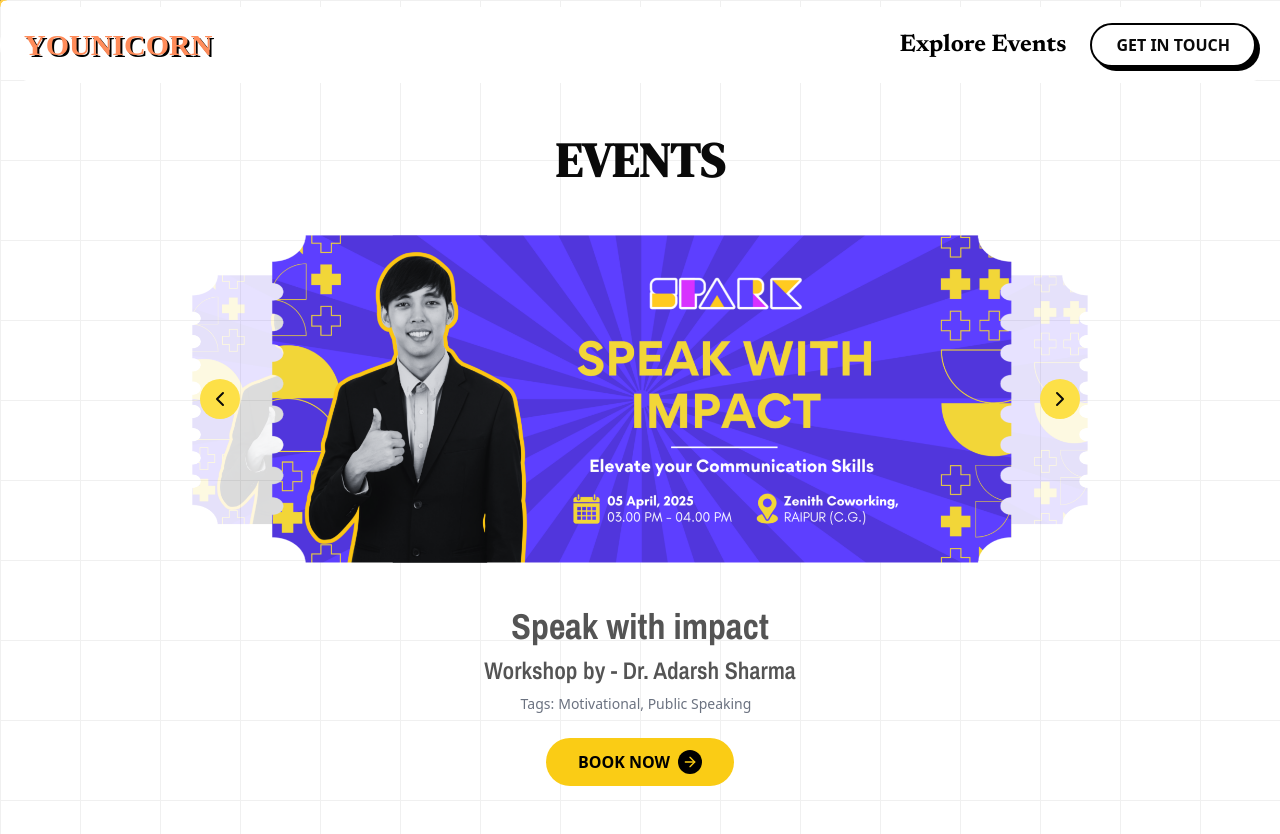
Repository: as-avni/dreamersite
Page: /events
An editor plug-in stored every save of this project. The page is shown before and after the next save, followed by the edit.
The browser window is 1280 px wide. The pictures show the whole page.
Some web fonts or font styles are not loaded; a fallback is used. The project was rebuilt for these pictures with package versions that can differ from the ones it lists, and the page was loaded fresh each time. The framework's server and built-in components were replaced by stand-ins that run in the browser. Also part of the build but not shown: next.config.ts.

Above is the page before, as saved 2025-03-27 17:47:34.

After the next save:
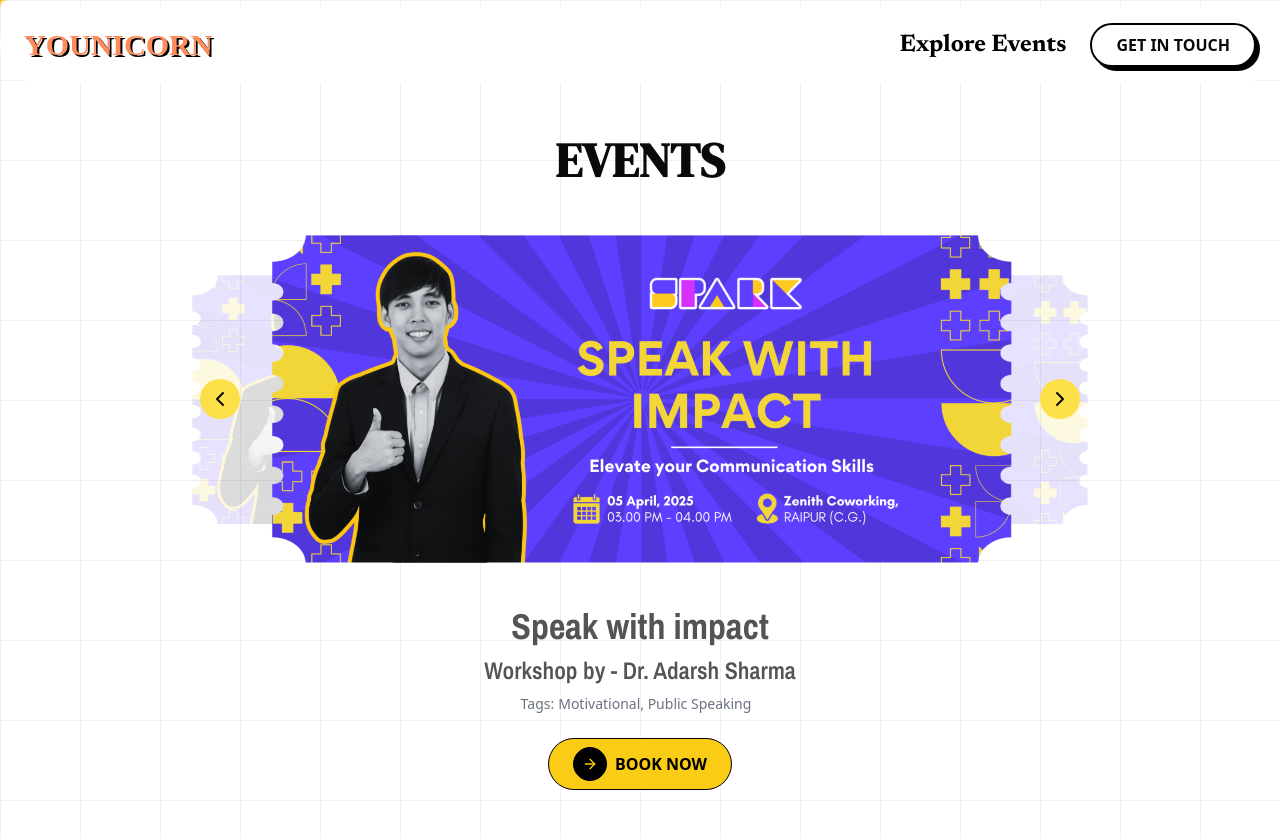
Saved 103 s later.
--- a/src/app/events/events-page.tsx
+++ b/src/app/events/events-page.tsx
@@ -98,11 +98,11 @@
         </div>
         </div>
 
-        <button className="bg-yellow-400 text-black px-8 py-3 rounded-full font-bold flex items-center mx-auto hover:bg-yellow-500 transition-colors">
-        <span>BOOK NOW</span>
-        <div className="ml-2 bg-black rounded-full p-1">
-            <ArrowRight className="h-4 w-4 text-yellow-400" />
-        </div>
+        <button className="bg-yellow-400 text-black px-6 py-2 rounded-full font-bold flex items-center mx-auto hover:bg-yellow-500 transition-colors border border-black">
+            <div className="bg-black rounded-full p-2 border border-black mr-2 flex items-center justify-center">
+                <ArrowRight className="h-4 w-4 text-yellow-400" />
+            </div>
+            <span>BOOK NOW</span>
         </button>
     </div>
     </div>

After the save that followed:
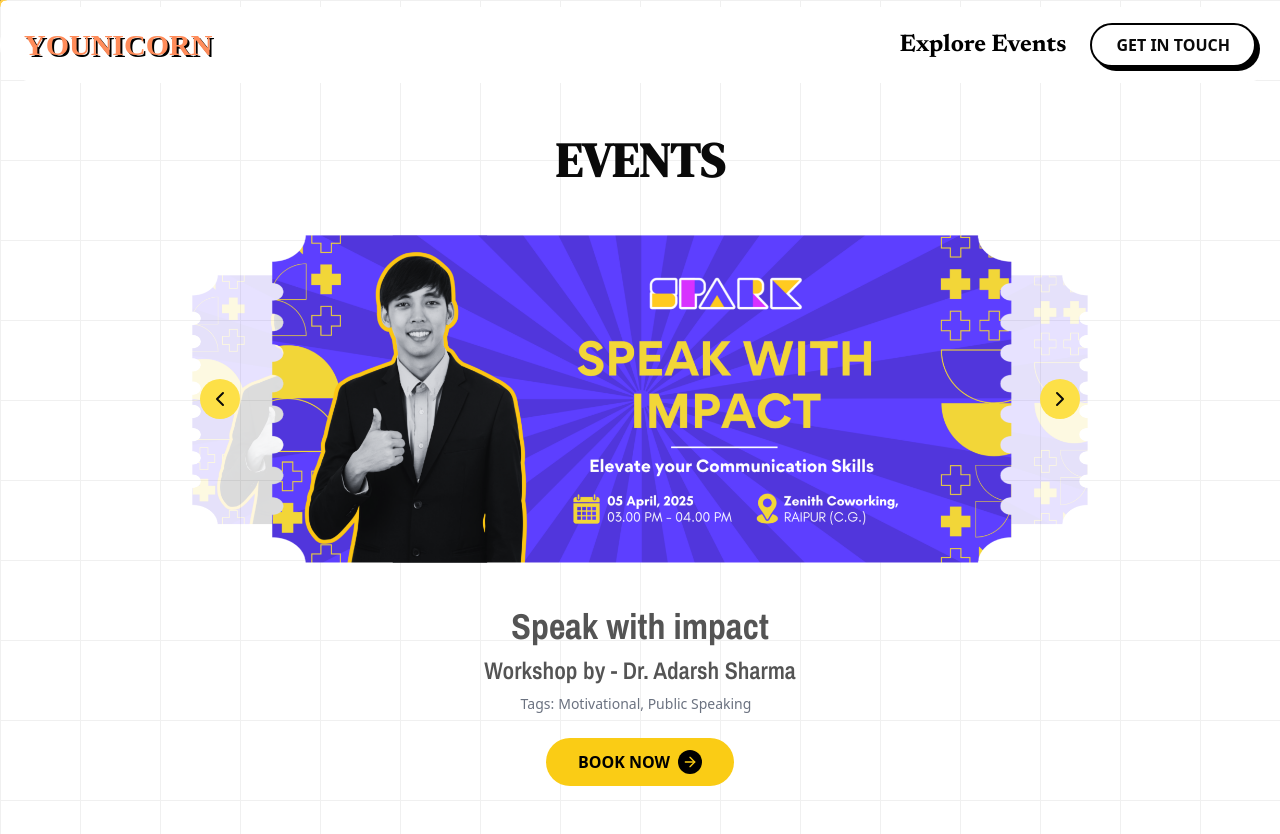
Saved 25 s later.
--- a/src/app/events/events-page.tsx
+++ b/src/app/events/events-page.tsx
@@ -98,11 +98,11 @@
         </div>
         </div>
 
-        <button className="bg-yellow-400 text-black px-6 py-2 rounded-full font-bold flex items-center mx-auto hover:bg-yellow-500 transition-colors border border-black">
-            <div className="bg-black rounded-full p-2 border border-black mr-2 flex items-center justify-center">
-                <ArrowRight className="h-4 w-4 text-yellow-400" />
-            </div>
-            <span>BOOK NOW</span>
+        <button className="bg-yellow-400 text-black px-8 py-3 rounded-full font-bold flex items-center mx-auto hover:bg-yellow-500 transition-colors">
+        <span>BOOK NOW</span>
+        <div className="ml-2 bg-black rounded-full p-1">
+            <ArrowRight className="h-4 w-4 text-yellow-400" />
+        </div>
         </button>
     </div>
     </div>
